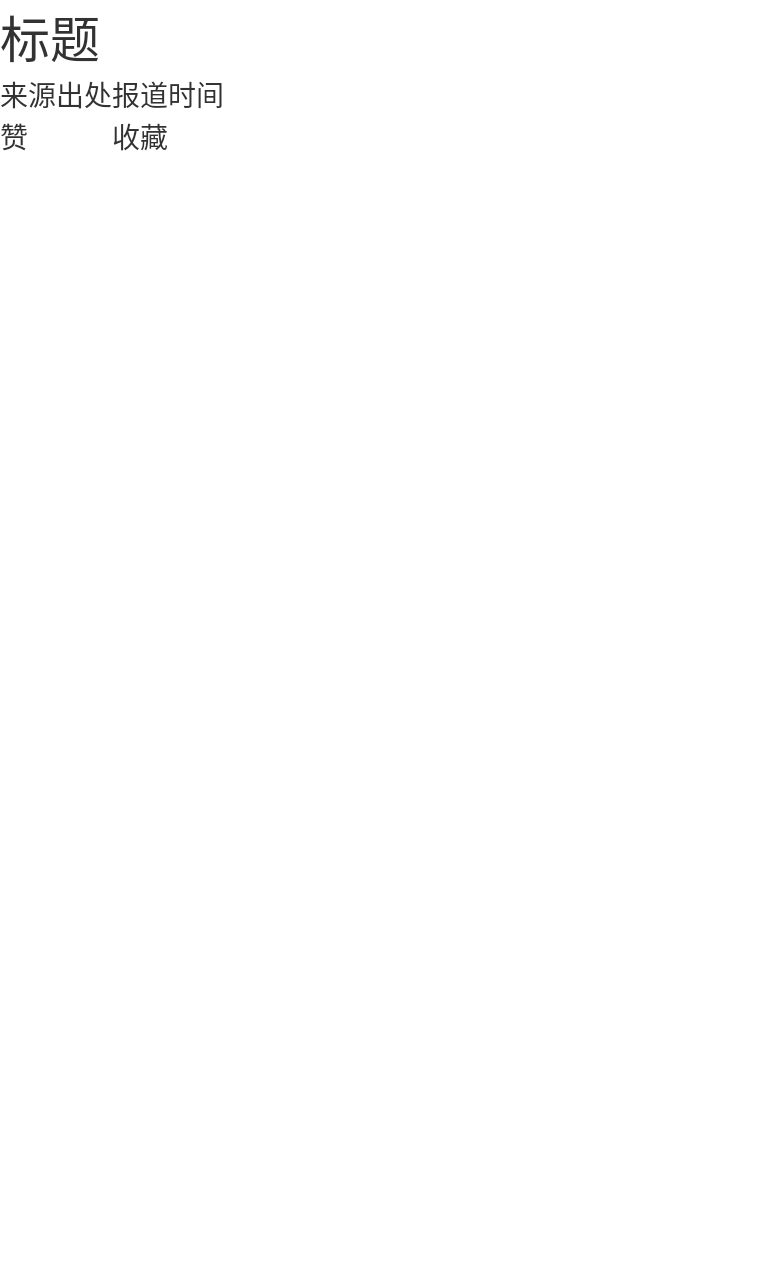
Repository: SuperMannnnnn/test
Layout: PictureStore/res/layout/item_new.xml
An editor plug-in stored every save of this project. The layout is shown before and after the next save, followed by the edit.
It is drawn on a 768 x 1280 px phone screen (xhdpi) without system bars, with theme android:Theme.Light.NoTitleBar; the app's code is not run.

Above is the layout before, as saved 2016-07-10 08:38:54.

### PictureStore/res/layout/item_new.xml
<?xml version="1.0" encoding="utf-8"?>
<RelativeLayout xmlns:android="http://schemas.android.com/apk/res/android"
    android:layout_width="match_parent"
    android:layout_height="match_parent" >

    <TextView
        android:id="@+id/tv_title"
        android:layout_width="match_parent"
        android:layout_height="wrap_content"
        android:layout_alignParentLeft="true"
        android:layout_alignParentTop="true"
        android:singleLine="true"
        android:textSize="25sp"
        android:text="标题" />

    <TextView
        android:id="@+id/tv_source"
        android:layout_width="wrap_content"
        android:layout_height="wrap_content"
        android:layout_alignParentLeft="true"
        android:layout_below="@+id/tv_title"
        android:text="来源出处" />

    <TextView
        android:id="@+id/tv_time"
        android:layout_width="wrap_content"
        android:layout_height="wrap_content"
        android:layout_below="@+id/tv_title"
        android:layout_toRightOf="@+id/tv_source"
        android:text="报道时间" />

    <TextView
        android:id="@+id/tv_digg_count"
        android:layout_width="wrap_content"
        android:layout_height="wrap_content"
        android:layout_alignParentLeft="true"
        android:layout_below="@+id/tv_source"
        android:text="赞" />

    <TextView
        android:id="@+id/tv_repin_count"
        android:layout_width="wrap_content"
        android:layout_height="wrap_content"
        android:layout_alignLeft="@+id/tv_time"
        android:layout_below="@+id/tv_time"
        android:text="收藏" />

</RelativeLayout>

After the next save:
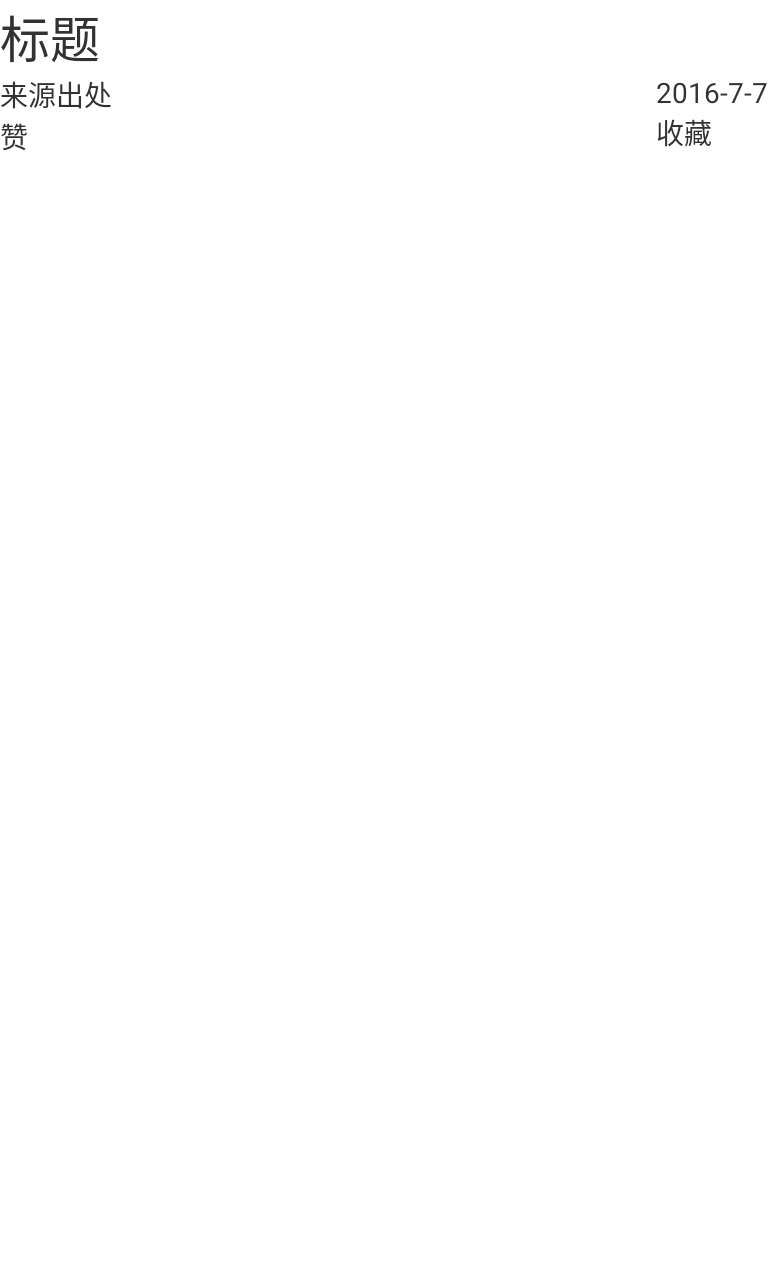
Saved 66 s later.
--- a/PictureStore/res/layout/item_new.xml
+++ b/PictureStore/res/layout/item_new.xml
@@ -26,8 +26,8 @@
         android:layout_width="wrap_content"
         android:layout_height="wrap_content"
         android:layout_below="@+id/tv_title"
-        android:layout_toRightOf="@+id/tv_source"
-        android:text="报道时间" />
+        android:layout_alignParentRight="true"
+        android:text="2016-7-7" />
 
     <TextView
         android:id="@+id/tv_digg_count"
